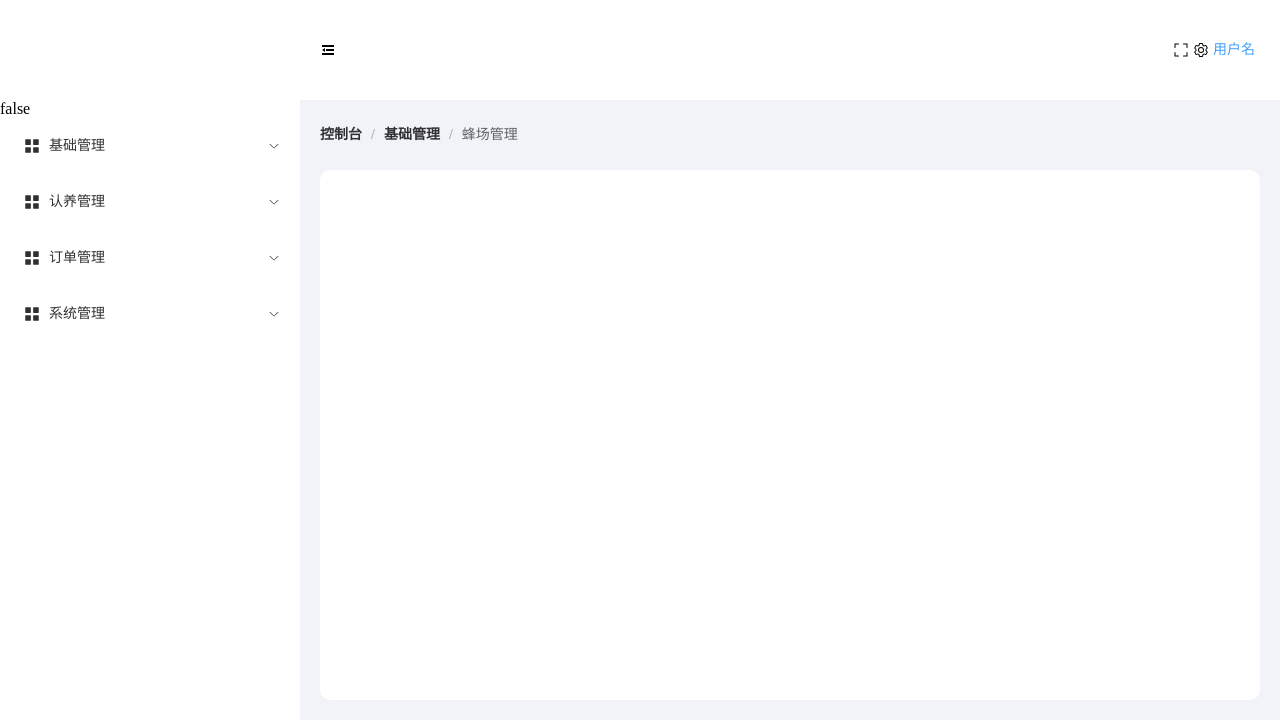
Repository: secret47/test-office-demo
Page: /dashboard/basic
The author's editor kept a copy of each file at every save. The page is drawn from the files as they stood at one save, then again after a run of saves.
The browser window is 1280 px wide. The pictures show the whole page.
The project was rebuilt for these pictures with package versions that can differ from the ones it lists, and the page was loaded fresh each time. Also part of the build but not shown: vite.config.js.

Above is the page before, as saved 2024-10-31 14:47:36.

### src/main.js
import { createApp } from 'vue'
import '@/style/main.scss'
import App from './App.vue'
import router from './router'

import lang from "./local"

import { pinia } from "./store"

import ElementPlus from "element-plus";
import 'element-plus/dist/index.css'
import * as ElementPlusIconsVue from '@element-plus/icons-vue'

const app = createApp(App);

for (const [key, component] of Object.entries(ElementPlusIconsVue)) {
    app.component(key, component)
}

app.use(lang)
app.use(ElementPlus)
app.use(router)
app.use(pinia)
app.mount('#app')

### src/style/main.scss
* {
    padding: 0;
    margin: 0;
}

html,
body {
    width: 100%;
    height: 100%;
    background: #ffffff;
}

#app {
    width: 100%;
    height: 100%;
}

.main-container {
    width: 100%;
    height: 100%;
}

//顶部搜索
.searchBox {
    width: calc(95% - 30px);
    height: 70px;
    margin: 0 auto;
    padding: 15px;
    display: flex;
    flex-direction: column;
    justify-content: center;

    .new {
        width: 130px;
    }
    .item{
        width:350px;
    }
}

.list {
    width: 95%;
    height: calc(100% - 100px);
    margin: 0 auto;

    .tables {
        width: 100%;
        height: calc(100% - 50px);
    }

    .pages {
        width: 100%;
        height: 50px;
        display: flex;
        flex-direction: column;
        justify-content: center;

    }
}

### src/App.vue
<template>
  <!-- <div> -->
    <router-view />
  <!-- </div> -->
</template>

### src/router/index.js
import { createRouter, createWebHistory } from 'vue-router'
import layouts from "../layouts/index.vue"

const routes = [
    {
        path: '/login',
        name: 'Login',
        component: () => import('@/views/login.vue'),
    },
    // 其他路由...
    {
        path: "/dashboard",
        name: "Dashboard",
        component: layouts,
        meta: {
            title: "控制中心"
        },
        children: [
            {
                path: "basic",
                name: "Basic",
                meta: {
                    title: "基础管理"
                },
                component: () => import("@/views/dashboard/basic/index.vue"),
                children: [
                    {
                        path: "farm",
                        name: "farm",
                        meta: {
                            title: "蜂场管理"
                        },
                        component: () => import("@/views/dashboard/basic/farm/index.vue"),
                    }
                ]

            },
            {
                path: "adopt",
                name: "Adopt",
                meta: {
                    title: "认养管理"
                },
                component: () => import("@/views/dashboard/adopt/index.vue"),
                children: [
                    {
                        path: "price",
                        name: "Price",
                        meta: {
                            title: "价格管理"
                        },
                        component: () => import("@/views/dashboard/adopt/price/index.vue"),
                    }
                ]
            },
            {
                path:"order",
                name: "Order",
                meta:{
                    title: "订单管理"
                },
                component: () => import("@/views/dashboard/order/index.vue"),
                children:[
                    {
                        path: "list",
                        name: "OrderList",
                        meta: {
                            title: "订单列表"
                        },
                        component: () => import("@/views/dashboard/order/list/index.vue"),
                    }
                ]
            },
            {
                path: "user",
                name: "User",
                meta: {
                    title: "用户管理"
                },
                component: () => import("@/views/dashboard/user/index.vue"),
            },

        ]
    }
]

const router = createRouter({
    history: createWebHistory(),
    routes
})

export default router

### src/local/index.js
import { createI18n } from "vue-i18n";

import message from "./language"
const i18n = createI18n({
    locale: "zh",
    fallbackLocale: "zh",
    messages: message
})

export default i18n;

### src/store/index.js
import { createPinia } from "pinia";
import { useAppStore } from "./module/app";

const pinia = createPinia();
const appStore = useAppStore(pinia);


export {
    pinia,
    appStore
}

### src/layouts/index.vue
<template>
    <div class="layout">
        <el-container>
            <el-aside width="300px" class="side">
                <div class="logo"></div>
                <MenuComponent/>
            </el-aside>
            <el-container class="container">
                <el-header>
                    <HeaderComponent></HeaderComponent>
                </el-header>
                <el-main>
                    <div class="bread">
                        <el-breadcrumb separator="/">
                            <el-breadcrumb-item :to="{ path: '/' }">控制台</el-breadcrumb-item>
                            <el-breadcrumb-item><a href="/">基础管理</a></el-breadcrumb-item>
                            <el-breadcrumb-item>蜂场管理</el-breadcrumb-item>
                        </el-breadcrumb>
                    </div>
                    <div class="main">
                        <router-view></router-view>
                    </div>
                </el-main>
            </el-container>
        </el-container>
    </div>
</template>

<script setup>
import MenuComponent from "./components/menu.vue"
import HeaderComponent from "./components/header.vue"
import { ref } from 'vue';
const isCollapse = ref(false);

const menuRef = ref(null);
const toggleCollapse = () => {
    isCollapse.value = !isCollapse.value;
};
</script>

<style lang="scss" scoped>
.layout {
    width: 100%;
    height: 100%;

    .el-container {
        width: 100%;
        height: 100%;
    }

    .side {
        height: 100%;
        transition: width 0.3s;
        .logo {
            width: 100%;
            height: 100px;
        }
    }

    .container {
        width: calc(100% - 300px);
        height: 100%;

        .el-header {
            width: 100%;
            height: 100px;
            background: #ffffff;
        }

        .el-main {
            background: #F2F3F8;
            padding-top: 0;
            .bread {
                width: 100%;
                height: 70px;
                display: flex;
                flex-direction: column;
                justify-content: center;
            }

            .main {
                width: 100%;
                height: calc(100% - 70px);
                background: #ffffff;
                border-radius: 10px;
            }
        }
    }
}
</style>

### src/views/dashboard/basic/index.vue
<script setup lang="ts">
import { RouterView } from 'vue-router';
</script>

<template>
    <RouterView></RouterView>
</template>

### src/local/language/index.js
import zh from "./zh"
import en from "./en"

export default {
    ...en,
    ...zh
}

### src/store/module/app.js
import { defineStore } from "pinia"

export const useAppStore = defineStore('app',{
    state:()=>({
        isMenuCollapsed: false
    }),
    actions:{
        toggleMenu(){

            this.isMenuCollapsed = !this.isMenuCollapsed
            console.log(this.isMenuCollapsed,"?")
        }
    }
})

### src/layouts/components/menu.vue
<template>
    {{ appStore.isMenuCollapsed }}
    <el-menu class="menu" :collapse="appStore.isMenuCollapsed">
        <el-sub-menu :index="1">
            <template #title>
                <el-icon><icon-menu /></el-icon>
                <span>{{ menuTitle('基础管理') }}</span>
            </template>
            <el-menu-item :index="1-1">
                <template #title>
                    <el-icon><icon-menu /></el-icon>
                    <span>{{ menuTitle('蜂场管理') }}</span>
                </template>
            </el-menu-item>
            <el-menu-item :index="1-2">
                <template #title>
                    <el-icon><icon-menu /></el-icon>
                    <span>{{ menuTitle('蜂箱管理') }}</span>
                </template>
            </el-menu-item>
        </el-sub-menu>
        <el-sub-menu :index="2">
            <template #title>
                <el-icon><icon-menu /></el-icon>
                <span>{{ menuTitle('认养管理') }}</span>
            </template>
            <el-menu-item :index="2-1">
                <template #title>
                    <el-icon><icon-menu /></el-icon>
                    <span>{{ menuTitle('认养设置') }}</span>
                </template>
            </el-menu-item>
        </el-sub-menu>
        <el-sub-menu :index="3">
            <template #title>
                <el-icon><icon-menu /></el-icon>
                <span>{{ menuTitle('订单管理') }}</span>
            </template>
            <el-menu-item :index="3-1">
                <template #title>
                    <el-icon><icon-menu /></el-icon>
                    <span>{{ menuTitle('订单列表') }}</span>
                </template>
            </el-menu-item>
        </el-sub-menu>
        <el-sub-menu :index="4">
            <template #title>
                <el-icon><icon-menu /></el-icon>
                <span>{{ menuTitle('系统管理') }}</span>
            </template>
            <el-menu-item :index="4-1">
                <template #title>
                    <el-icon><icon-menu /></el-icon>
                    <span>{{ menuTitle('素材管理') }}</span>
                </template>
            </el-menu-item>
        </el-sub-menu>
    </el-menu>
</template>

<script setup>
import { ref, computed } from 'vue';
import { useAppStore } from '@/store/module/app';
import {
    Menu as IconMenu,
} from '@element-plus/icons-vue'

const appStore = useAppStore()

// 计算属性，根据侧边栏收缩状态生成合适的菜单标题内容
const menuTitle = (text) => {
    return computed(() => {
        return appStore.isMenuCollapsed? '' : text;
    })
}
</script>

<style lang="scss" scoped>
.menu:not(.el-menu--collapse) {
    width: 300px;
    min-height: 400px;
    border-right: 0;
}
.el-menu--collapse {
    border-right: 0;
    width: 60px; // 设置收缩时的宽度，可根据实际需求调整
}
</style>

### src/layouts/components/header.vue
<template>
    <div class="header">
        <div class="collapseIcon">
            <el-icon style="cursor: pointer;" @click="toggleMenu">
                <Expand v-if="appStore.isMenuCollapsed" />
                <Fold v-else />

            </el-icon>
        </div>
        <div class="user">
            <el-icon>
                <FullScreen />
            </el-icon>
            &nbsp;
            <el-icon>
                <Setting />
            </el-icon>
            &nbsp;
            <el-dropdown trigger="click" @command="handleCommand">
                <span class="el-dropdown-link">
                    <i class="el-icon-user"></i>
                    {{ username }}
                    <i class="el-icon-arrow-down el-icon--right"></i>
                </span>
                <template #dropdown>
                    <el-dropdown-menu>
                        <el-dropdown-item command="userCenter">个人中心</el-dropdown-item>
                        <el-dropdown-item command="logout">退出登录</el-dropdown-item>
                    </el-dropdown-menu>
                </template>
            </el-dropdown>

        </div>
    </div>
</template>

<script setup>
import { ref } from 'vue';
import { ElMessage } from 'element-plus';
import { useAppStore } from '@/store/module/app';


const username = ref('用户名'); // 这里应该从后端获取真实的用户名

const appStore = useAppStore();


const toggleMenu = () => {
    console.log(appStore, "---")
    appStore.toggleMenu();
};

const handleCommand = (command) => {
    if (command === 'logout') {
        // 执行退出操作
        ElMessage.success('退出成功');
        // 这里可以添加跳转到登录页面的逻辑
    } else if (command === 'userCenter') {
        // 跳转到个人中心页面
        ElMessage.info('跳转到个人中心');
        // 这里可以添加跳转逻辑
    }
};
</script>

<style lang="scss" scoped>
.header {
    display: flex;
}

.el-dropdown-link {
    cursor: pointer;
    color: #409EFF;
}


.collapseIcon {
    width: 100px;
    height: 100px;
    display: flex;
    // justify-content: center;
    /* 水平居中 */
    align-items: center;
    /* 垂直居中 */
}

.user {
    margin-left: auto;
    display: flex;
    /* 水平居中 */
    align-items: center;
}
</style>

### src/local/language/zh.js
export default{
    zh:{
        title:"后台管理系统",
        login:"登录",
        username:"用户名",
        password:"密码",
        remember:"记住密码",
        forget:"忘记密码",
        save:"保存",
        confirm:"确定",
        cancel:"取消",
        delete:"删除",
        show:"查看",
        open:"打开",
        usernameRull:"请输入用户名",
        passwordRull:"请输入密码"
    }
}

### src/local/language/en.js
export default {
    en: {
        title: "system management",
        usernameRull: "Please enter your username",
        passwordRull: "Please enter your password"
    }
}

Loaded but not shown: index.html (common file)

After the next 2 saves:
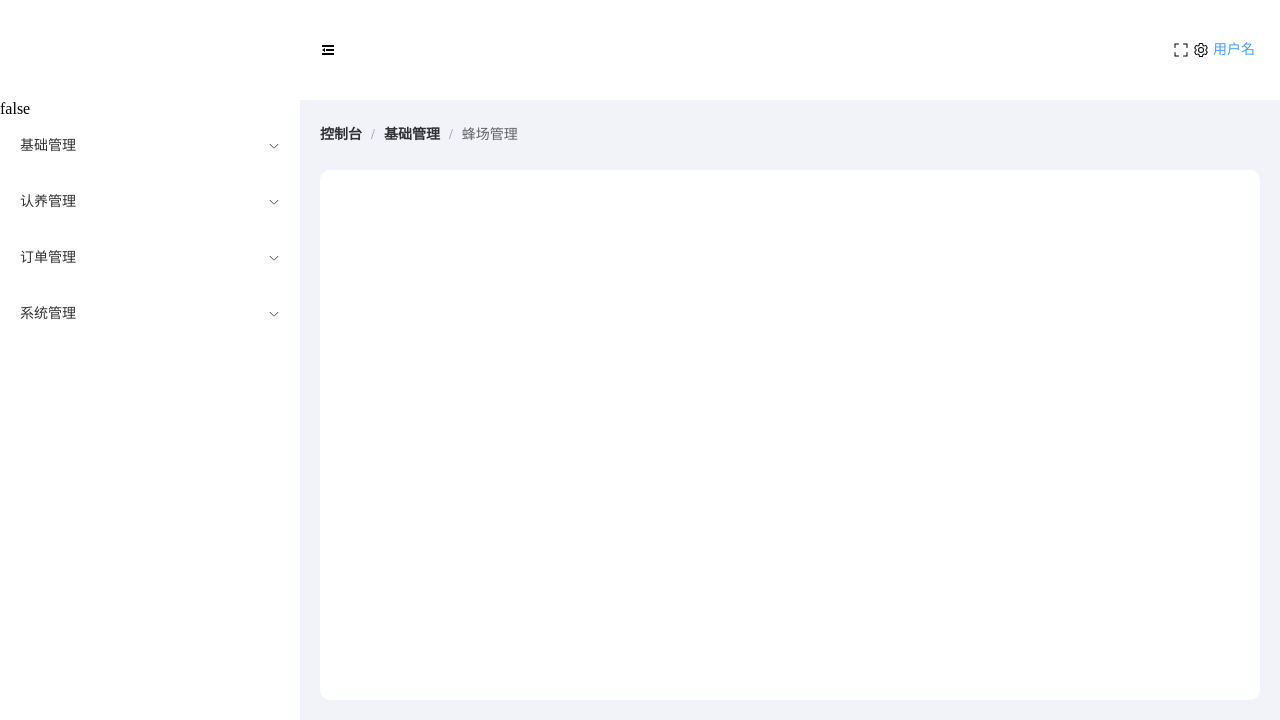
The 2 saves are shown as one change because they came seconds apart.
The last was saved 10 s later.
--- a/src/layouts/components/menu.vue
+++ b/src/layouts/components/menu.vue
@@ -1,57 +1,57 @@
 <template>
     {{ appStore.isMenuCollapsed }}
     <el-menu class="menu" :collapse="appStore.isMenuCollapsed">
-        <el-sub-menu :index="1">
+        <el-sub-menu index="1">
             <template #title>
-                <el-icon><icon-menu /></el-icon>
-                <span>{{ menuTitle('基础管理') }}</span>
+                <el-icon v-if="appStore.isMenuCollapsed"><icon-menu /></el-icon>
+                <span v-else>基础管理</span>
             </template>
-            <el-menu-item :index="1-1">
+            <el-menu-item index="1-1">
                 <template #title>
-                    <el-icon><icon-menu /></el-icon>
-                    <span>{{ menuTitle('蜂场管理') }}</span>
+                    <el-icon v-if="appStore.isMenuCollapsed"><icon-menu /></el-icon>
+                    <span v-else>蜂场管理</span>
                 </template>
             </el-menu-item>
-            <el-menu-item :index="1-2">
+            <el-menu-item index="1-2">
                 <template #title>
-                    <el-icon><icon-menu /></el-icon>
-                    <span>{{ menuTitle('蜂箱管理') }}</span>
+                    <el-icon v-if="appStore.isMenuCollapsed"><icon-menu /></el-icon>
+                    <span v-else>蜂箱管理</span>
                 </template>
             </el-menu-item>
         </el-sub-menu>
-        <el-sub-menu :index="2">
+        <el-sub-menu index="2">
             <template #title>
-                <el-icon><icon-menu /></el-icon>
-                <span>{{ menuTitle('认养管理') }}</span>
+                <el-icon v-if="appStore.isMenuCollapsed"><icon-menu /></el-icon>
+                <span v-else>认养管理</span>
             </template>
-            <el-menu-item :index="2-1">
+            <el-menu-item index="2-1">
                 <template #title>
-                    <el-icon><icon-menu /></el-icon>
-                    <span>{{ menuTitle('认养设置') }}</span>
+                    <el-icon v-if="appStore.isMenuCollapsed"><icon-menu /></el-icon>
+                    <span v-else>认养设置</span>
                 </template>
             </el-menu-item>
         </el-sub-menu>
-        <el-sub-menu :index="3">
+        <el-sub-menu index="3">
             <template #title>
-                <el-icon><icon-menu /></el-icon>
-                <span>{{ menuTitle('订单管理') }}</span>
+                <el-icon v-if="appStore.isMenuCollapsed"><icon-menu /></el-icon>
+                <span v-else>订单管理</span>
             </template>
-            <el-menu-item :index="3-1">
+            <el-menu-item index="3-1">
                 <template #title>
-                    <el-icon><icon-menu /></el-icon>
-                    <span>{{ menuTitle('订单列表') }}</span>
+                    <el-icon v-if="appStore.isMenuCollapsed"><icon-menu /></el-icon>
+                    <span v-else>订单列表</span>
                 </template>
             </el-menu-item>
         </el-sub-menu>
-        <el-sub-menu :index="4">
+        <el-sub-menu index="4">
             <template #title>
-                <el-icon><icon-menu /></el-icon>
-                <span>{{ menuTitle('系统管理') }}</span>
+                <el-icon v-if="appStore.isMenuCollapsed"><icon-menu /></el-icon>
+                <span v-else>系统管理</span>
             </template>
-            <el-menu-item :index="4-1">
+            <el-menu-item index="4-1">
                 <template #title>
-                    <el-icon><icon-menu /></el-icon>
-                    <span>{{ menuTitle('素材管理') }}</span>
+                    <el-icon v-if="appStore.isMenuCollapsed"><icon-menu /></el-icon>
+                    <span v-else>素材管理</span>
                 </template>
             </el-menu-item>
         </el-sub-menu>
@@ -59,7 +59,7 @@
 </template>
 
 <script setup>
-import { ref, computed } from 'vue';
+import { ref } from 'vue';
 import { useAppStore } from '@/store/module/app';
 import {
     Menu as IconMenu,
@@ -67,12 +67,6 @@ import {
 
 const appStore = useAppStore()
 
-// 计算属性，根据侧边栏收缩状态生成合适的菜单标题内容
-const menuTitle = (text) => {
-    return computed(() => {
-        return appStore.isMenuCollapsed? '' : text;
-    })
-}
 </script>
 
 <style lang="scss" scoped>
